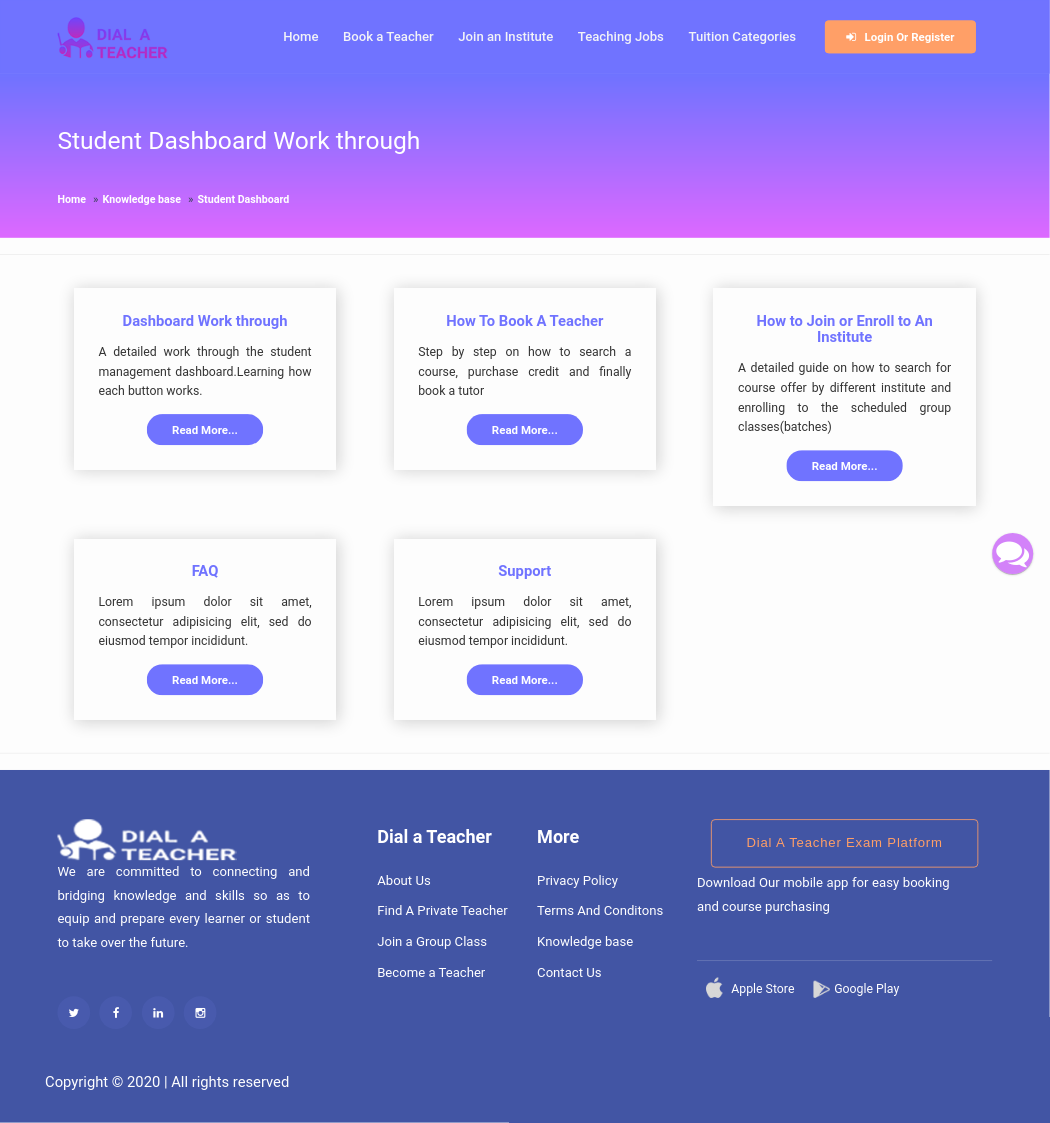
Repository: Samkiroko/DAT_knowledge
Page: knowledge_base/stdashboard.html
The author's editor kept a copy of each file at every save. The page is drawn from the files as they stood at one save, then again after the next save.
The browser window is 1280 px wide. The pictures show the whole page, at 82% of full size.

Above is the page before, as saved 2020-12-16 14:37:53.
Console error: TypeError: e.indexOf is not a function

After the next save:
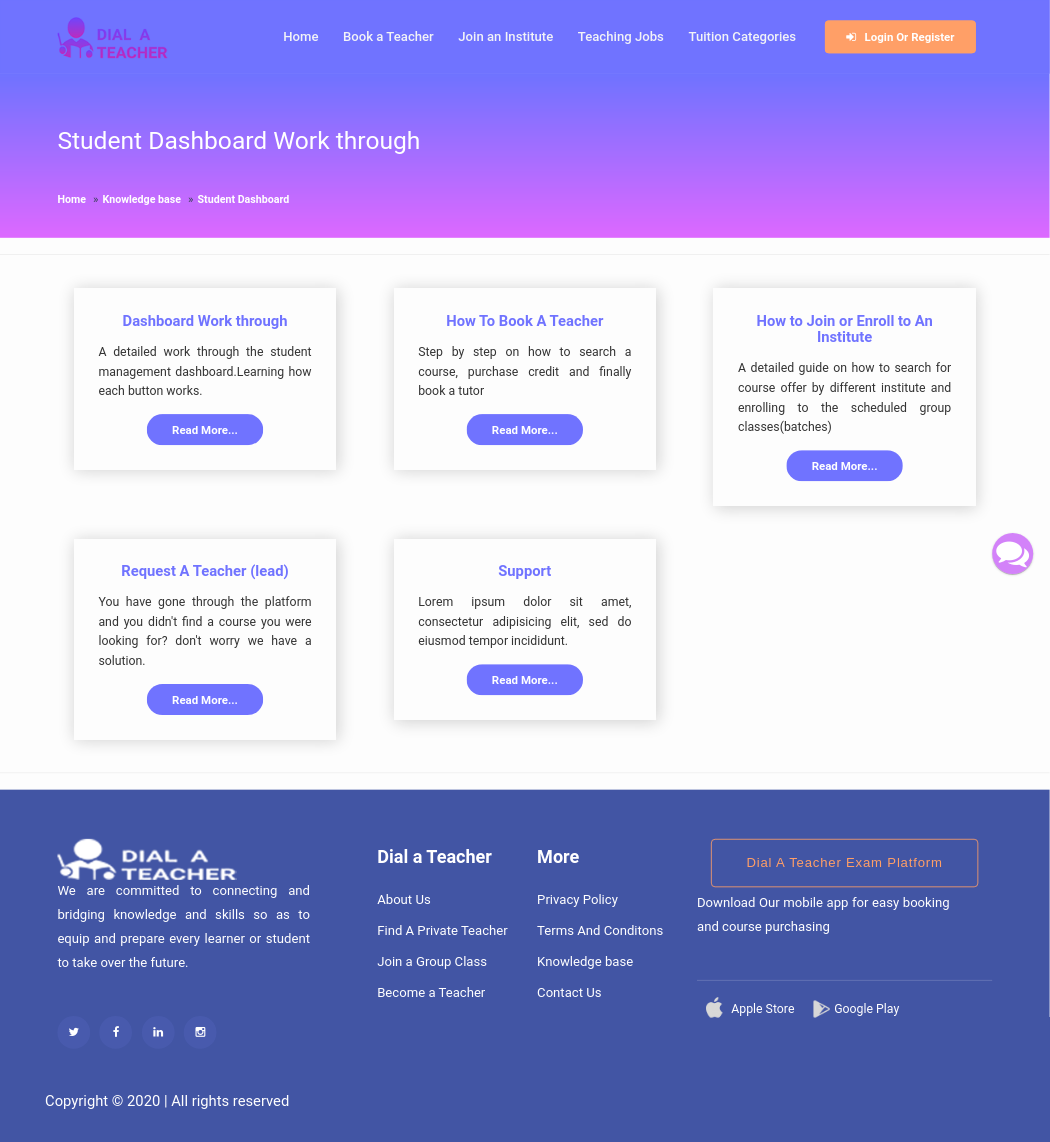
Saved 3 min 21 s later.
--- a/knowledge_base/stdashboard.html
+++ b/knowledge_base/stdashboard.html
@@ -165,9 +165,9 @@
           </div>
           <div class="col-lg-4 col-md-4 col-sm-6 col-xs-12">
             <a href="category.html" class="mwb-documentation-section__lists overflow" data-aos="flip-up">
-              <h3>FAQ</h3>
-              <p>Lorem ipsum dolor sit amet, consectetur adipisicing elit, sed do eiusmod tempor
-                incididunt.</p>
+              <h3>Request A Teacher (lead)</h3>
+              <p>You have gone through the platform and you didn't find a course you were looking
+                for? don't worry we have a solution.</p>
               <button type="button" class="mwb-primary-btn mwb-documentation-section__btn">Read
                 more...</button>
             </a>
